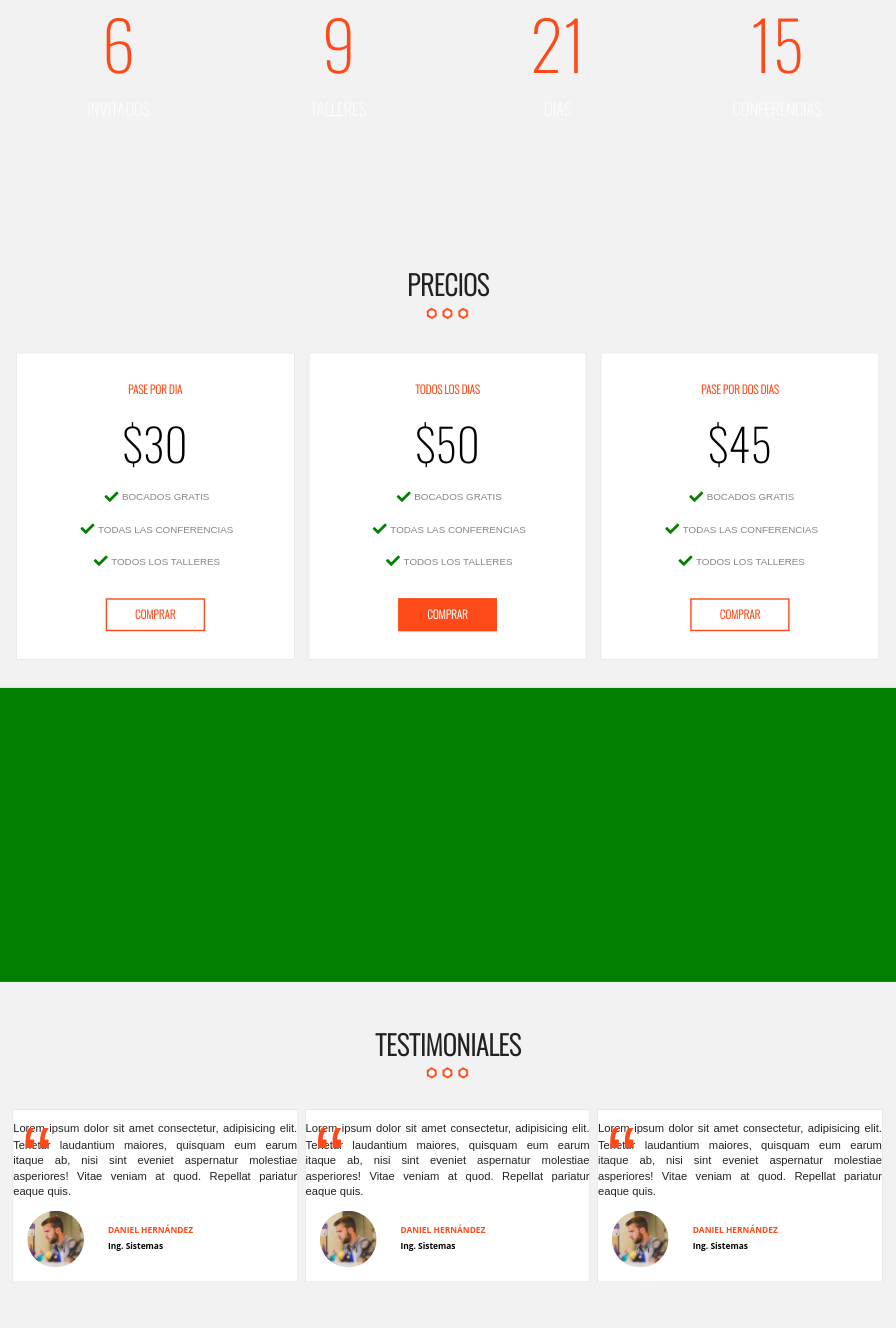
Repository: edgarhdzp/pagina-conferencias-reservaciones
Page: index.html
An editor plug-in stored every save of this project. The page is shown before and after the next save, followed by the edit.
The browser window is 1280 px wide. The pictures show the part of the page from y = 3054 to 4974 px (the page is 4951 px tall before and 4974 px after), at 70% of full size.

Above is the page before, as saved 2020-07-01 19:46:33.

After the next save:
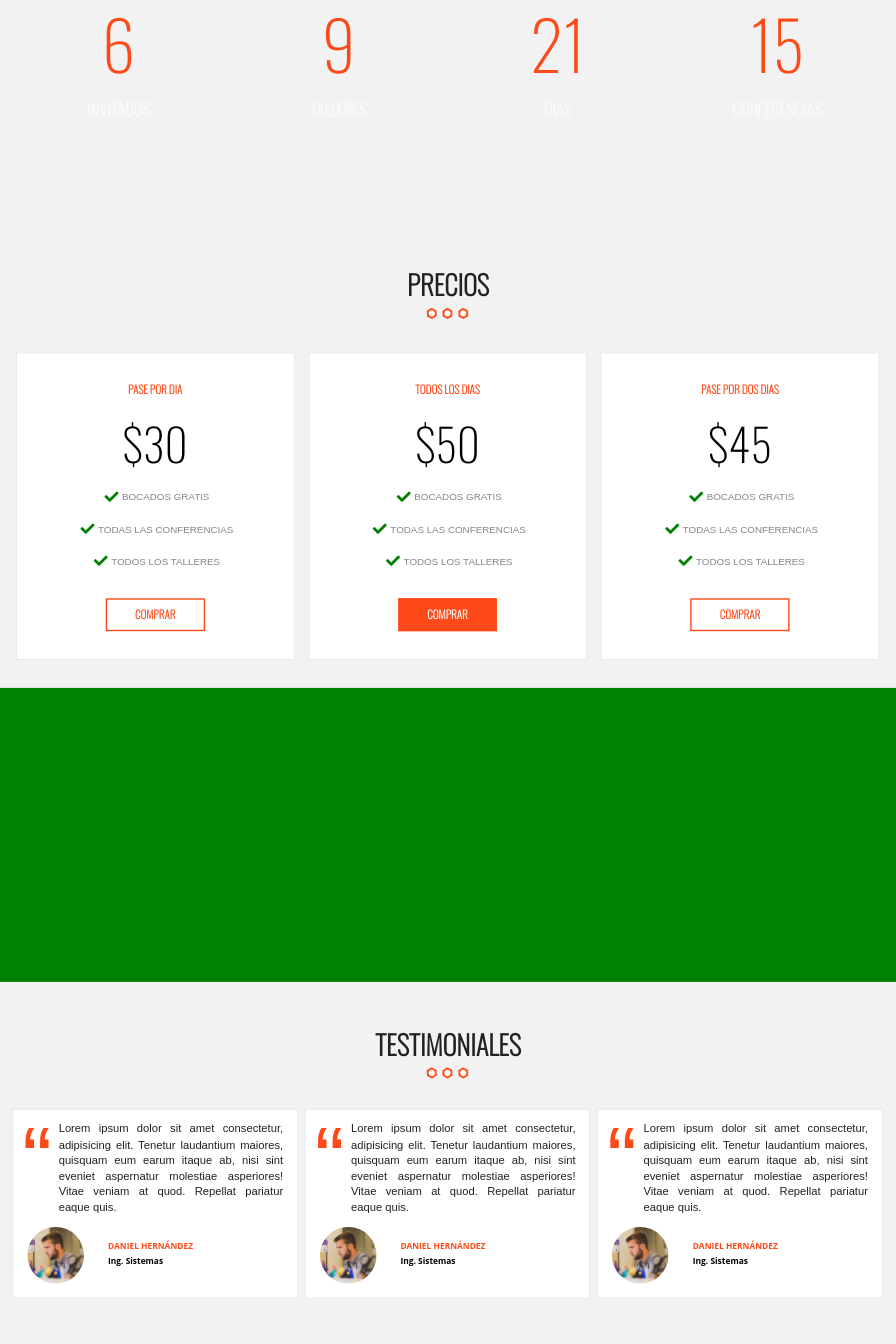
Saved 2 min 26 s later.
--- a/css/main.css
+++ b/css/main.css
@@ -668,7 +668,7 @@ blockquote p {
     text-align: justify!important;
     font-size: 1em!important;
     font-family: 'PT Sans', sans-serif;
-    padding-bottom: 0 20px 0 65px;
+    padding: 0 20px 0 65px;
 }
 
 blockquote p::before {
